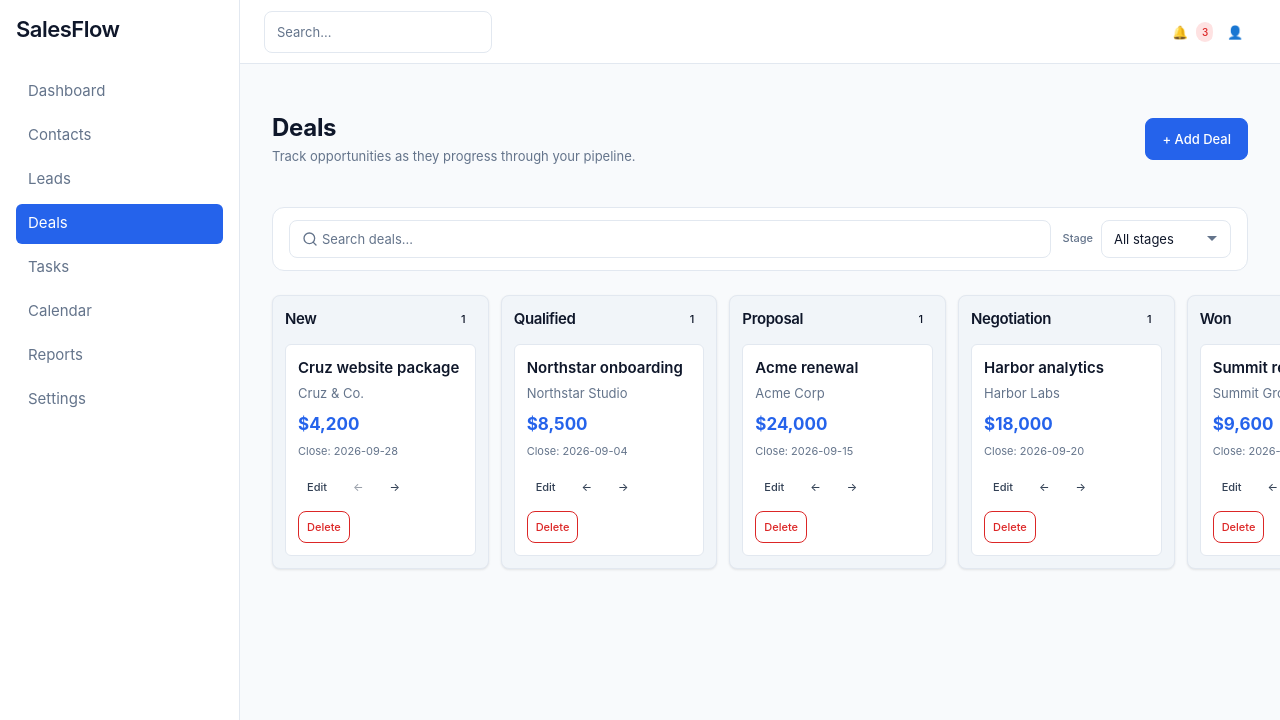
Repository: lawrencegonzaga-dev/salesflow-crm
Page: /deals
The author's editor kept a copy of each file at every save. The page is drawn from the files as they stood at one save, then again after the next save.
The browser window is 1280 px wide. The pictures show the whole page.
The project was rebuilt for these pictures with package versions that can differ from the ones it lists, and the page was loaded fresh each time. Also part of the build but not shown: vite.config.js, src/components/StatCard.jsx, src/components/DashboardLeads.jsx, src/components/DashboardDeals.jsx, src/components/DashboardTasks.jsx, src/components/RecentActivity.jsx, src/pages/Dashboard.jsx, src/components/ContactForm.jsx and 25 more.

Above is the page before, as saved 2026-08-18 00:20:32.

After the next save:
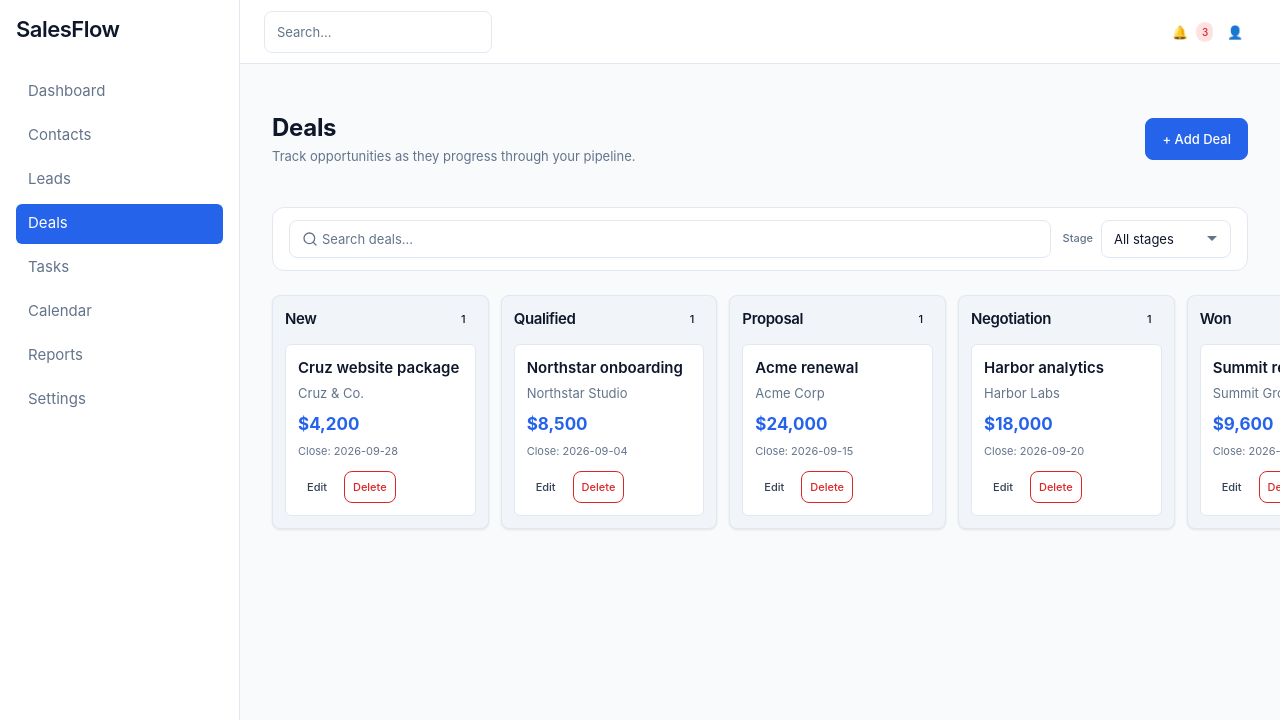
Saved 2 min 20 s later.
--- a/src/pages/Deals.jsx
+++ b/src/pages/Deals.jsx
@@ -56,13 +56,6 @@ function Deals() {
         if (window.confirm("Delete this deal? This cannot be undone.")) {
             deleteRecord("deals", id);
             if (editingDeal?.id === id) closeForm();
-        }
-    }
-
-    function moveDeal(deal, offset) {
-        const nextStage = stages[stages.indexOf(deal.stage) + offset];
-        if (nextStage) {
-            saveRecord("deals", { ...deal, stage: nextStage });
         }
     }
 
@@ -161,20 +154,6 @@ function Deals() {
                                                 Edit
                                             </button>
                                             <button
-                                                className="button button--sm button--ghost"
-                                                onClick={() => moveDeal(deal, -1)}
-                                                disabled={stage === stages[0]}
-                                            >
-                                                ←
-                                            </button>
-                                            <button
-                                                className="button button--sm button--ghost"
-                                                onClick={() => moveDeal(deal, 1)}
-                                                disabled={stage === stages[stages.length - 1]}
-                                            >
-                                                →
-                                            </button>
-                                            <button
                                                 className="button button--sm button--danger"
                                                 onClick={() => deleteDeal(deal.id)}
                                             >
